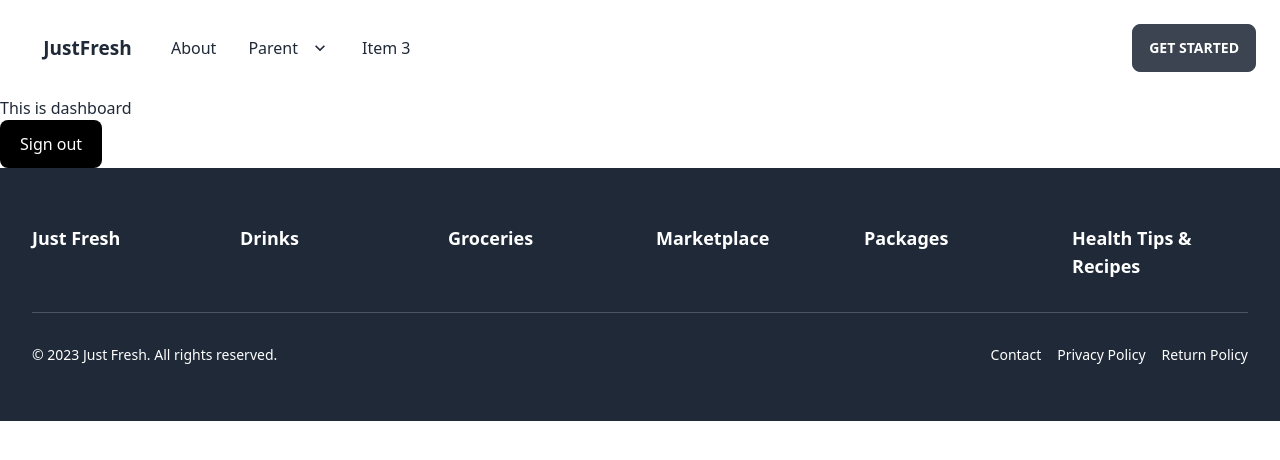
Repository: buzzedison/justfreshnew
Page: /dashboard
The author's editor kept a copy of each file at every save. The page is drawn from the files as they stood at one save, then again after the next save.
The browser window is 1280 px wide. The pictures show the whole page.
The project was rebuilt for these pictures with package versions that can differ from the ones it lists, and the page was loaded fresh each time. The framework's server and built-in components were replaced by stand-ins that run in the browser. Also part of the build but not shown: svelte.config.js, vite.config.js.

Above is the page before, as saved 2023-04-05 10:29:48.

After the next save:
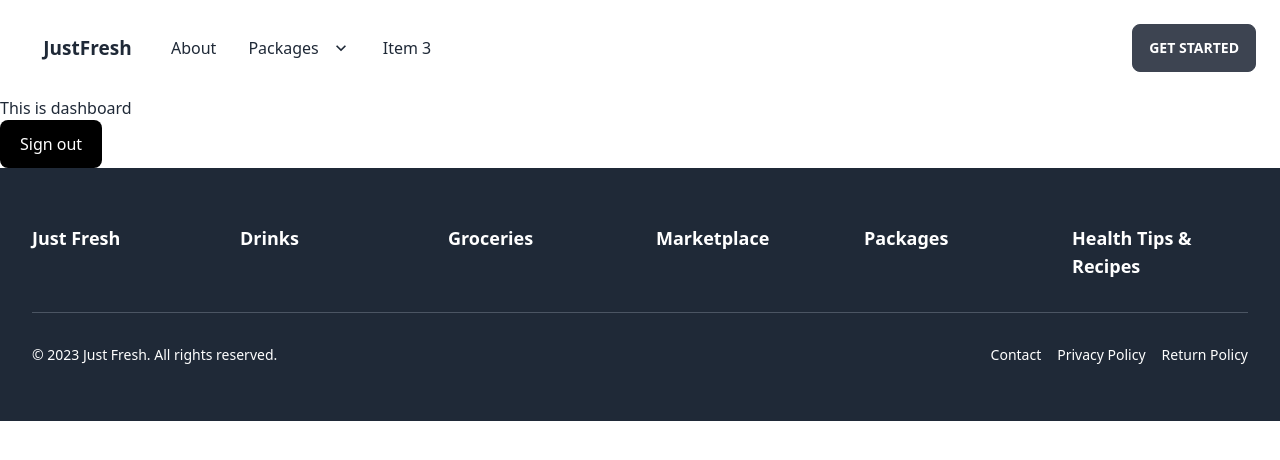
Saved 54 s later.
--- a/src/components/Navbar.svelte
+++ b/src/components/Navbar.svelte
@@ -92,7 +92,7 @@
             <li><a href="/">About</a></li>
             <li>
               <button class="justify-between">
-                Parent
+                Packages
                 <svg
                   class="fill-current"
                   xmlns="http://www.w3.org/2000/svg"
@@ -105,8 +105,9 @@
                 >
               </button>
               <ul class="p-2">
-                <li><a href="/">Submenu 1</a></li>
-                <li><a href="/">Submenu 2</a></li>
+                <li><a href="/">Cleanse Week</a></li>
+                <li><a href="/">Subscription </a></li>
+                <li><a href="/">Food & Fitness </a></li>
               </ul>
             </li>
             <li><a href="/">Item 3</a></li>
